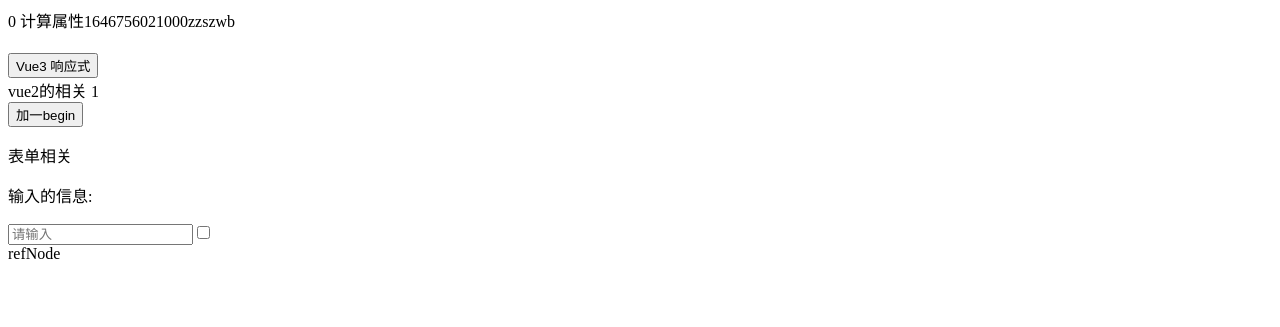
Repository: paranoia-M/vue3-Actions
Page: /
An editor plug-in stored every save of this project. The page is shown before and after the next save, followed by the edit.
The browser window is 1280 px wide. The pictures show the whole page.
The project was rebuilt for these pictures with package versions that can differ from the ones it lists, and the page was loaded fresh each time. Also part of the build but not shown: vite.config.js, vue.config.js.

Above is the page before, as saved 2022-03-09 13:50:00.

### src/main.js
import { createApp, h } from "vue";
import App from "./App.vue";
// import * as Vue from "vue";
// console.log(Vue);

let app = createApp(App);
app.directive("highlight", {
  beforeMount(el, binding, vnode) {
    el.style.background = binding.value;
  },
});

app.mount("#app");
console.log(app);

// 应用配置
// app.config.errorHandle = (err) => {
//   console.log(err);
// };
// 等价于
// createApp(
//   {
//     data() {
//       return {
//         data: "main的数据",
//       };
//     },
//     render: () => h(App),
//   },
//   { data: "main改变后的数据" }
// ).mount('#app');

// 等价于
// createApp(App).use(router).use(store).mount('#app')

### src/App.vue

<script setup>
import MyComponent from './components/Component.vue'
</script>

<template>
  <div>
    <my-component></my-component>
  </div>
</template>

### src/components/Component.vue
<!--
 * @Author: your name
 * @Date: 2022-03-04 15:15:21
 * @LastEditTime: 2022-03-04 15:19:45
 * @LastEditors: Please set LastEditors
 * @Description: 打开koroFileHeader查看配置 进行设置: https://github.com/OBKoro1/koro1FileHeader/wiki/%E9%85%8D%E7%BD%AE
 * @FilePath: \vue3-demo\src\components\Component.vue
-->
<template>
  <div>
    <my-pra></my-pra>
    <my-pra2></my-pra2>
    <my-pra3></my-pra3>
  </div>
</template>

<script>
import MyPra from './demo/Pra.vue'
import MyPra2 from './demo/Pra2.vue'
import MyPra3 from './demo/Pra3.vue'

export default {
  name: 'MyComponent',
  data() {
    return {
      message: 'MyComponent 子组件'
    }
  },
  components: {
    MyPra,
    MyPra2,
    MyPra3
  }
}
</script>

<style>
</style>

### src/components/demo/Pra.vue
<script>
import { reactive, ref } from '@vue/reactivity'
import MyComponent from '../Component.vue'
import { computed, nextTick, onMounted } from '@vue/runtime-core'
export default {
  setup() {
    const state = reactive({ count: 0 })
    const msg = ref('ref的数据')
    const className = ref('hello')
    const firstName = ref('zzs')
    const lastName = ref('zwb')
    const myRef = ref(null)


    onMounted(() => {
      console.log(myRef.value);
    })

    const calculateComputed = computed(() => {
      return msg.value.length > 6 ? msg.value : '计算属性'
    })
    // 这个计算属性永远不会更新，因为Date.now()并不是一个响应式
    const nowComputed = computed(() => {
      return Date.now()
    })
    // 可写计算属性
    const writableComputed = computed({
      get() {
        return firstName.value + lastName.value
      },
      set(newValue) {
        [firstName.value, lastName.value] = newValue.split(' ')
      }

    })
    const increment = () => {
      state.count++
      msg.value = 'ref的数据改变之后'
      console.log("methods里面的数据", state);
      nextTick(() => {
        console.log("nextTick里面的数据", state);
      })
      console.log(111);
    }

    return {
      state,
      className,
      msg,
      myRef,
      calculateComputed,
      nowComputed,
      writableComputed,
      increment
    }
  },
}

</script>
<template>
  <div ref="myRef" value="myRefValue"> {{state.count}} {{calculateComputed}}{{nowComputed}}{{writableComputed}} </div>
  <h1 :class="className"></h1>
  <button @click="increment">Vue3 响应式</button>
</template>

### src/components/demo/Pra2.vue
<template>
  <div>
    {{msg}}
    {{count}}
  </div>

  <button ref="test" @click='increment()'>加一{{test}}</button>
</template>

<script>
import { nextTick } from '@vue/runtime-core';
export default {
  data() {
    return {
      msg: 'vue2的相关',
      someObject: {},
      count: 1,
      test: 'begin'
    }
  },
  methods: {
    increment() {
      this.count++
      this.test = 'end';
      nextTick((e) => {
        console.log(e);
      })
    }
  },
  mounted() {
    const newObjData = {}
    this.someObject = newObjData
    console.log(this.someObject == newObjData);

  }

}
</script>

<style>
</style>

### src/components/demo/Pra3.vue
 <!--
 * @Author: your name
 * @Date: 2022-03-07 15:47:45
 * @LastEditTime: 2022-03-09 13:50:00
 * @LastEditors: Please set LastEditors
 * @Description: 打开koroFileHeader查看配置 进行设置: https://github.com/OBKoro1/koro1FileHeader/wiki/%E9%85%8D%E7%BD%AE
 * @FilePath: \vue3-demo\src\components\demo\Pra3.vue
-->

<script setup>
import { ref } from "@vue/reactivity"
import {
  onMounted, onUnmounted, onUpdated, onBeforeMount, onBeforeUpdate, onRenderTriggered, onBeforeUnmount, onErrorCaptured, onRenderTracked, onActivated, onDeactivated, onServerPrefetch
} from "@vue/runtime-core"
const message = ref('')
const refNode = ref(null)
const count = ref(0)
/* 创建 */
/* 挂载 */
/* 更新 */
/* 销毁 */
/**
 *
 * 将vue2的生命周期钩子更新到vue3
 * 1. beforeCreate --> setup()
 *    vue2:用于创建所有的响应数据和事件，因此他无法访问组件的任何响应数据和事件
 * 2. created --> setup()
 *    vue2:在组件创建时访问组件的数据和事件，因为已经初始化了数据，对api的读写可以在这里进行
 * 3. beforeMount --> onBeforeMount
 *    vue2:在组件dom实际渲染安装之前调用，在这一步根元素还不存在，可以使用this.$els来访问
 *    vue3:为了访问根元素可以使用ref来绑定
 * 4. mounted --> onMounted
 *    vue2:在组件的第一次渲染后调用，该元素现在可用，允许dom直接访问
 *    vue3:为了访问根元素可以使用ref来绑定
 * 5. beforeUpdate --> onBeforeUpdate
 *    vue2:数据更新时调用，发生在虚拟dom打补丁之前，这里适合在更新之前访问现有的dom，比如手动移除已添加的事件监听器
 * 6. updated --> onUpdate
 *    vue2:dom更新后，updated的方法会调用
 * 7. beforeDestroy -->  onBeforeUnmount
 * 8. destroyed -->  onUnmounted
 * 9. errorCaptured --> onErrorCaptured
 */
onBeforeMount(() => {
  console.log('生命周期onBeforeMount: 在挂载之前被调用，相关的render函数首次被调用');
})
onMounted(() => {
  console.log('生命周期onMounted：组件挂载时被调用');
  console.log(refNode.value);
})
onBeforeUpdate(() => {
  console.log('生命周期onBeforeUpdate：数据更新时调用，发生在虚拟dom打补丁之前，适合在更新之前访问现有的dom，如手动移除已经添加的事件监听器');
  count.value++
  console.log('onBeforeUpdate更新前' + count.value);
})
onUpdated(() => {
  console.log('生命周期onUpdated：由于数据更改导致的虚拟 DOM 重新渲染和打补丁');
  console.log('onUpdated更新后' + count.value);
})
onBeforeUnmount(() => {
  console.log('生命周期onBeforeUnmount');
})
onUnmounted(() => {
  console.log('生命周期onUnmounted：卸载组件实例之前调用');
})
onErrorCaptured(() => {
  console.log('生命周期onErrorCaptured：当捕获一个来自子孙组件的错误时被调用。此钩子会收到三个参数：错误对象、发生错误的组件实例以及一个包含错误来源信息的字符串。');
})

onActivated(() => {
  console.log('生命周期onActivated：被 keep-alive 缓存的组件激活时调用');
})
onDeactivated(() => {
  console.log('生命周期onDeactivated： 被 keep-alive 缓存的组件停用时调用');
})

onRenderTracked(() => {
  console.log('生命周期onRenderTracked');
})
onRenderTriggered(() => {
  console.log('生命周期onRenderTriggered');
})
onServerPrefetch(() => {
  console.log('生命周期onServerPrefetch');
})

</script>
<template>
  <div>
    <p>表单相关</p>
    <p>输入的信息: {{message}}</p>
    <input type="text" placeholder="请输入" v-model="message">
    <input type="checkbox" id="checkbox" v-model="message">
    <label for="checkbox">{{ message }}</label>
    <div ref="refNode">refNode</div>
  </div>
</template>
<style>
</style> */

Loaded but not shown: index.html (common file)

After the next save:
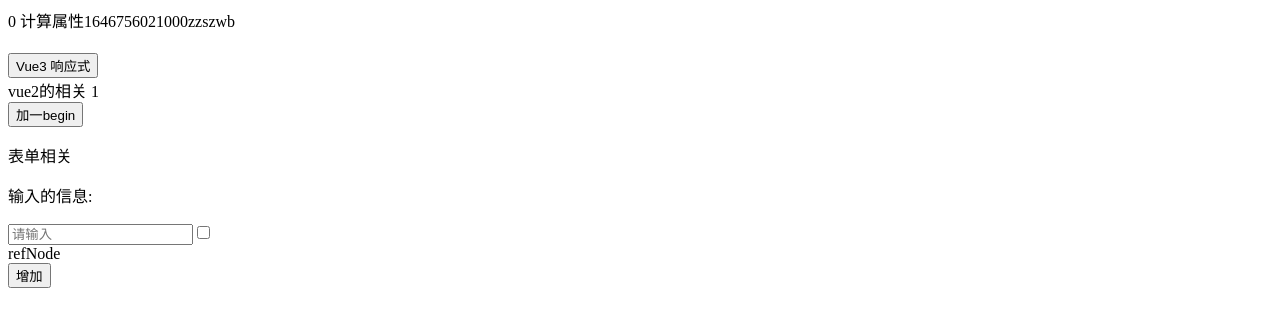
Saved 94 s later.
--- a/src/components/demo/Pra3.vue
+++ b/src/components/demo/Pra3.vue
@@ -1,7 +1,7 @@
  <!--
  * @Author: your name
  * @Date: 2022-03-07 15:47:45
- * @LastEditTime: 2022-03-09 13:50:00
+ * @LastEditTime: 2022-03-09 13:51:34
  * @LastEditors: Please set LastEditors
  * @Description: 打开koroFileHeader查看配置 进行设置: https://github.com/OBKoro1/koro1FileHeader/wiki/%E9%85%8D%E7%BD%AE
  * @FilePath: \vue3-demo\src\components\demo\Pra3.vue
@@ -49,7 +49,6 @@
 })
 onBeforeUpdate(() => {
   console.log('生命周期onBeforeUpdate：数据更新时调用，发生在虚拟dom打补丁之前，适合在更新之前访问现有的dom，如手动移除已经添加的事件监听器');
-  count.value++
   console.log('onBeforeUpdate更新前' + count.value);
 })
 onUpdated(() => {
@@ -83,6 +82,8 @@
   console.log('生命周期onServerPrefetch');
 })
 
+
+
 </script>
 <template>
   <div>
@@ -92,6 +93,7 @@
     <input type="checkbox" id="checkbox" v-model="message">
     <label for="checkbox">{{ message }}</label>
     <div ref="refNode">refNode</div>
+    <button>增加</button>
   </div>
 </template>
 <style>
